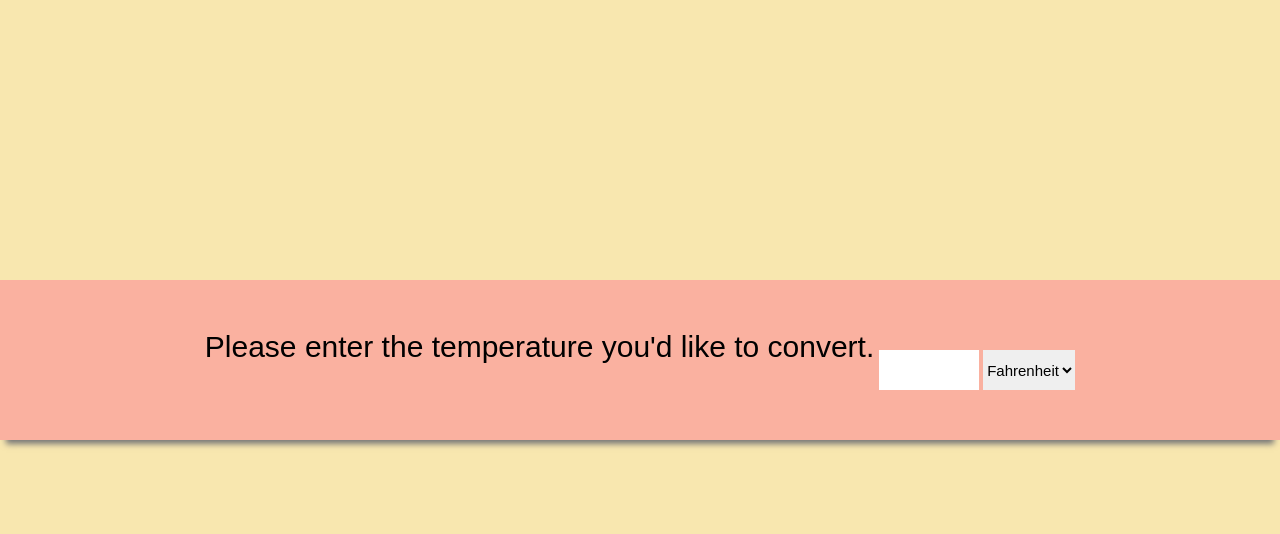
Repository: Mayur2905/OIBSIP
Page: Task-4/index.html
These files come from the project's save history. The page is drawn as it stood at one moment and after the next save; the edit follows.
The browser window is 1280 px wide. The pictures show the whole page.

Above is the page before, as saved 2022-02-03 22:22:38.

### Task-4/index.html
<!DOCTYPE html>
<html lang="en">
<head>
    <meta charset="UTF-8">
    <meta http-equiv="X-UA-Compatible" content="IE=edge">
    <meta name="viewport" content="width=device-width, initial-scale=1.0">
    <title>Document</title>
    <link rel="stylesheet" href="style.css">
</head>
<body>
    <form id="tempCalc" onsubmit="calculateTemp(); return false">
        <label for="temp">Please enter the temperature you'd like to convert.</label>
        <input type="number" name="temp" id="temp">
        <select name="temp_diff" id="temp_diff">
            <option value="fah">Fahrenheit</option>
            <option value="Kel">Kelvin</option>
        </select>
    </form>
</body>
</html>

### Task-4/style.css
* {
  margin: 0;
  padding: 0;
  box-sizing: border-box;
  font-family: "Mulish", sans-serif;
}

body {
  width: 100vw;
  height: 100vh;
  background-color: #f8e7af;
  display: grid;
  align-items: center;
}

form {
  background-color: #fab1a0;
  padding: 50px;
  width: 100%;
  margin: auto;
  text-align: center;
  align-items: center;
  box-shadow: 0 10px 6px -6px #777;
}

#tempCalc label {
  font-size: 30px;
}

#temp {
  border: none;
  padding: 10px;
  height: 40px;
  width: 100px;
  font-size: 20px;
  margin-top: 20px;
  vertical-align: top;
}

#temp_diff {
  height: 40px;
  border: none;
  margin-top: 20px;
  font-size: 15px;
  vertical-align: top;
}

After the next save:
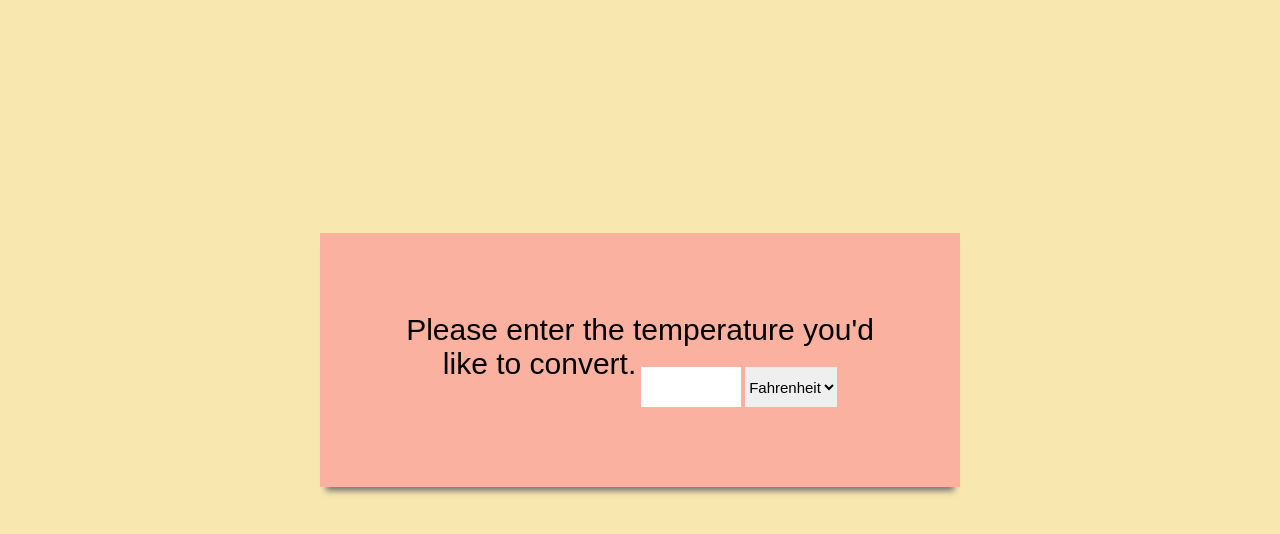
Saved 17 s later.
--- a/Task-4/style.css
+++ b/Task-4/style.css
@@ -15,8 +15,8 @@ body {
 
 form {
   background-color: #fab1a0;
-  padding: 50px;
-  width: 100%;
+  padding: 80px;
+  width: 50%;
   margin: auto;
   text-align: center;
   align-items: center;
